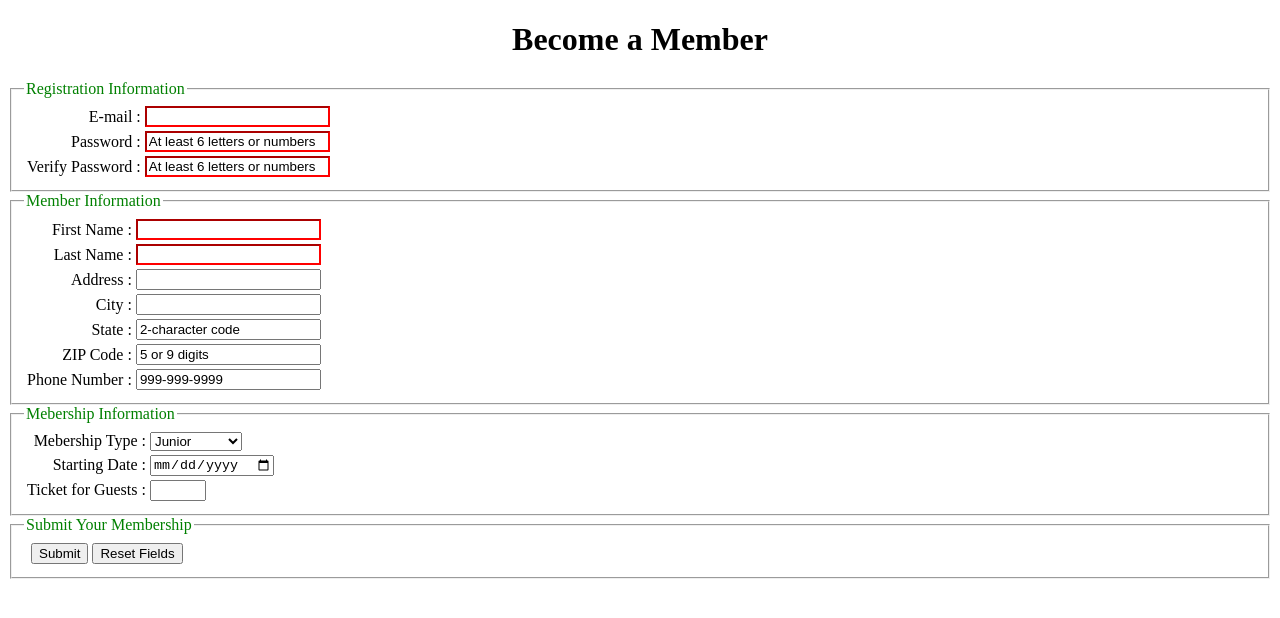
Repository: kjungyoun/Web_Study_2021
Page: homework_front/WebContent/0302/0302.html
An editor plug-in stored every save of this project. The page is shown before and after the next save, followed by the edit.
The browser window is 1280 px wide. The pictures show the whole page.

Above is the page before, as saved 2021-03-02 12:14:28.

After the next save:
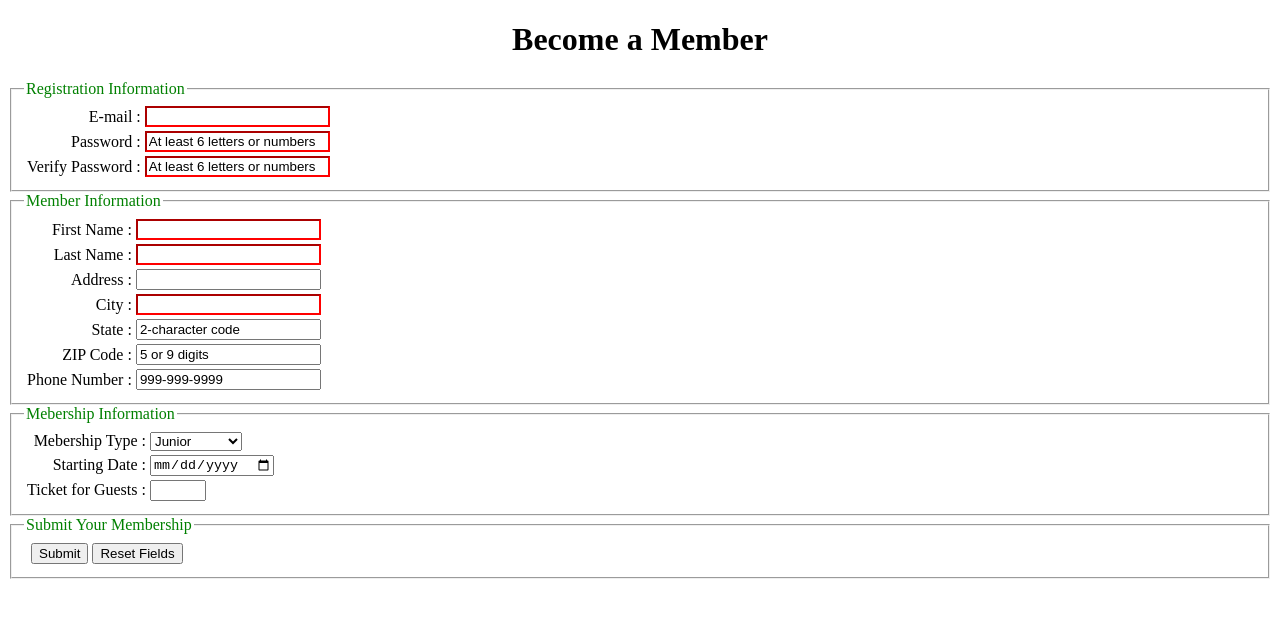
Saved 7 s later.
--- a/homework_front/WebContent/0302/0302.html
+++ b/homework_front/WebContent/0302/0302.html
@@ -83,7 +83,7 @@
 						<label for="city">City : </label>
 					</td>
 					<td align="left">
-						<input type="text" id="city" name="city">
+						<input type="text" id="city" name="city" style="border-color:red">
 					</td>
 				</tr>
 				<tr>
